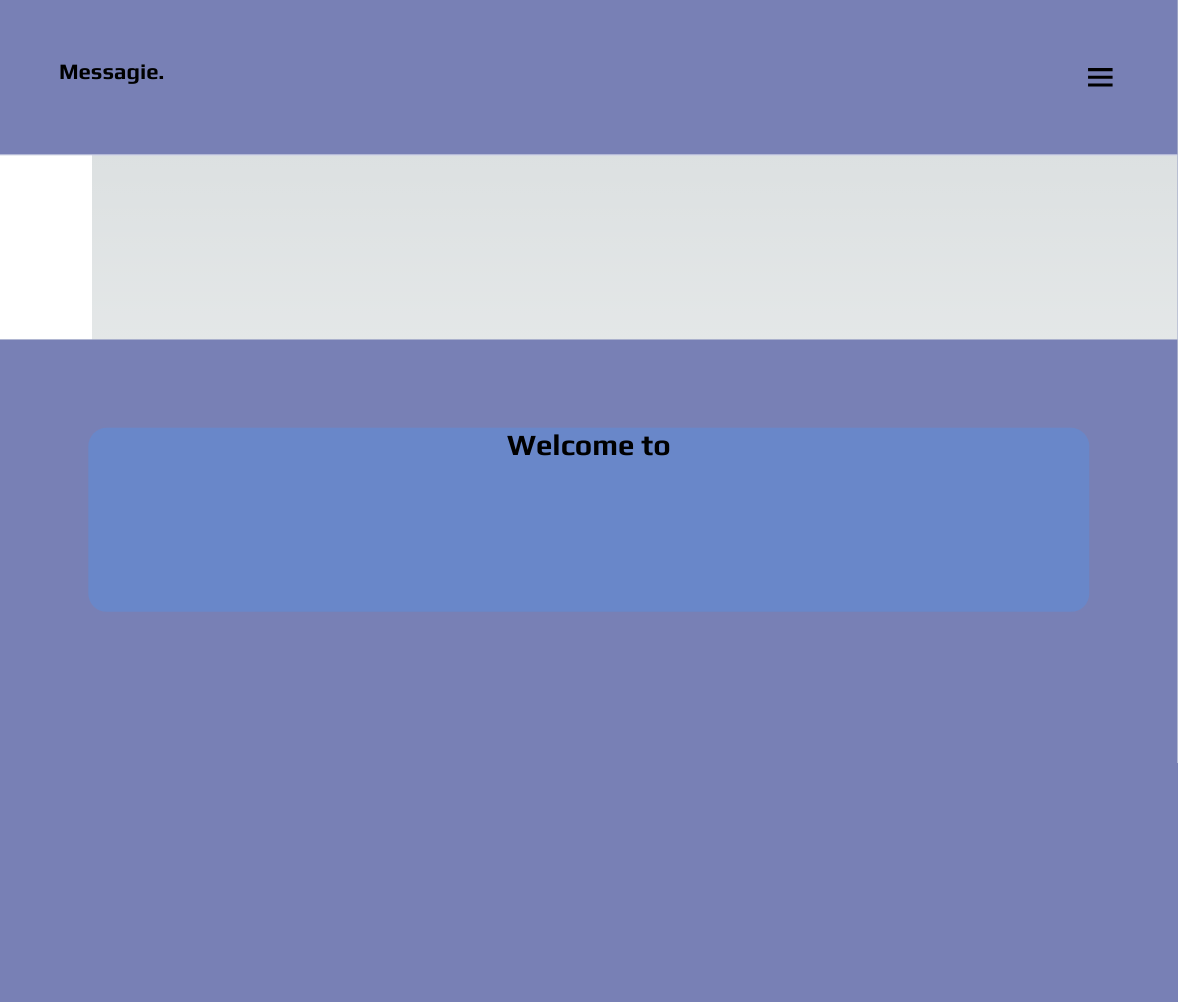
Repository: shaelorch/typeytalkey
Page: /, after clicking the first element matching `svg`
These files come from the project's save history. The page is drawn as it stood at one moment and after a run of saves; the edit follows.
The browser window is 1280 px wide. The pictures show the whole page, at 92% of full size.
The project was rebuilt for these pictures with package versions that can differ from the ones it lists, and the page was loaded fresh each time. The framework's server and built-in components were replaced by stand-ins that run in the browser. Also part of the build but not shown: next.config.js.

Above is the page before, as saved 2023-02-24 14:49:52.

After the next 3 saves:
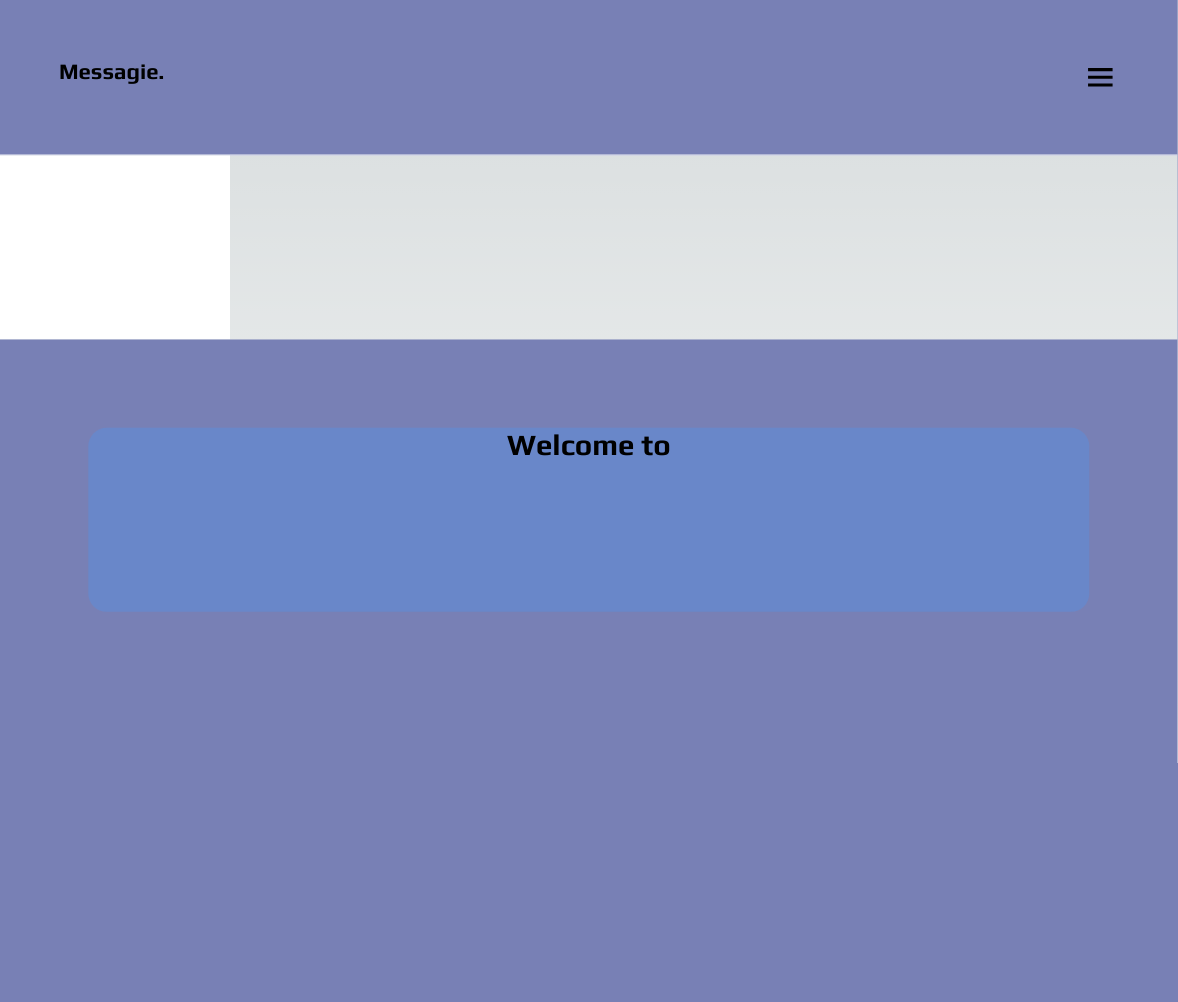
The 3 saves are shown as one change because they came seconds apart.
The last was saved 11 s later.
--- a/comps/Logo.js
+++ b/comps/Logo.js
@@ -12,7 +12,7 @@
     return ( <><div className={styles.logocont}>
         <h2>Messagie.</h2>
         <BiMenu size={40} onClick={handleClick} />
-    </div><div style={{display: open ? "flex" : "none", backgroundColor:'white', height:200, width:100}}>
+    </div><div style={{display: open ? "flex" : "none", backgroundColor:'white', height:200, width:250}}>
 
         </div></>
 
